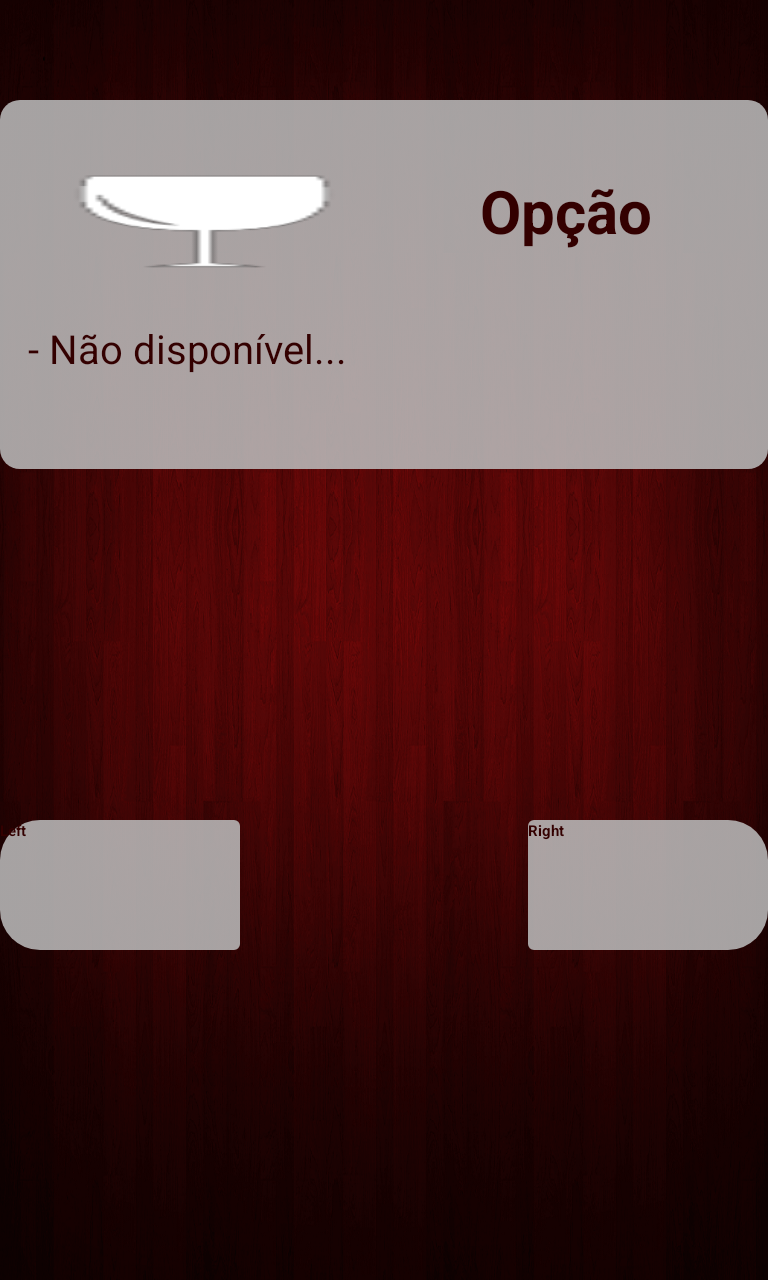
Repository: LuisFilipeDias/eMenu
Layout: SideMenuTutorial/res/layout/display_fragment.xml
An editor plug-in stored every save of this project. The layout is shown before and after the next save, followed by the edit.
It is drawn on a 768 x 1280 px phone screen (xhdpi) without system bars, with theme Theme.Sherlock; the app's code is not run.

Above is the layout before, as saved 2013-12-23 18:57:17.

### SideMenuTutorial/res/layout/display_fragment.xml
<LinearLayout xmlns:android="http://schemas.android.com/apk/res/android"
    xmlns:tools="http://schemas.android.com/tools"
    android:id="@+id/scrollView1"
    android:layout_width="match_parent"
    android:layout_height="match_parent"
	android:layout_marginLeft="15dp"
	android:layout_marginRight="15dp"
    android:orientation="vertical"
    android:background="@drawable/back_a"
    tools:context=".MainActivity" >

	<ScrollView
	    android:layout_width="match_parent"
	    android:layout_height="match_parent" >


    <RelativeLayout
        android:layout_width="match_parent"
        android:layout_height="match_parent">

	    <ScrollView
            android:id="@+id/display_scroll"
	        android:layout_width="match_parent"
	        android:layout_height="380dp" >

            <RelativeLayout
                android:id="@+id/display_ll_1"
                android:layout_width="match_parent"
                android:layout_height="wrap_content"
                android:layout_marginBottom="100dp"
                android:layout_marginTop="50dp"
                android:background="@drawable/center_clicked"
                android:orientation="vertical" >

                <TextView
                    android:id="@+id/bogus_ttl"
                    android:layout_width="202dp"
                    android:layout_height="wrap_content"
                    android:layout_marginBottom="20dp"
                    android:layout_marginTop="35dp"
                    android:layout_alignParentLeft="true"
                    android:gravity="center_horizontal|center_vertical"
                    android:background="@drawable/drink"
                    android:textAppearance="?android:attr/textAppearanceLarge"
                    android:textColor="@color/brown"
                    android:textSize="30sp"
                    android:textStyle="bold" />

                <TextView
                    android:id="@+id/bogus_ttl"
                    android:layout_width="202dp"
                    android:layout_height="wrap_content"
                    android:layout_marginBottom="20dp"
                    android:layout_marginTop="35dp"
                    android:layout_alignParentRight="true"
                    android:gravity="center_horizontal|center_vertical"
                    android:text="@string/bogus_ttl"
                    android:textAppearance="?android:attr/textAppearanceLarge"
                    android:textColor="@color/brown"
                    android:textSize="30sp"
                    android:textStyle="bold" />

                <RelativeLayout
                    android:id="@+id/disp_rel2"
                    android:layout_width="match_parent"
                    android:layout_height="wrap_content"
                    android:layout_marginTop="15dp"
                    android:orientation="vertical"
                    android:layout_below="@+id/bogus_ttl" >

                    <TextView
                        android:id="@+id/bogus_txt"
                        android:layout_width="wrap_content"
                        android:layout_height="wrap_content"
                        android:layout_alignParentLeft="true"
                        android:layout_alignParentTop="true"
                        android:layout_marginLeft="14dp"
                        android:maxWidth="230dp"
                        android:text="@string/bogus_txt"
                        android:textAppearance="?android:attr/textAppearanceLarge"
                        android:textColor="@color/brown"
                        android:textSize="20sp" />

                    <TextView
                        android:id="@+id/bogus_price"
                        android:layout_width="wrap_content"
                        android:layout_height="wrap_content"
                        android:layout_alignParentRight="true"
                        android:layout_alignParentTop="true"
                        android:layout_marginRight="14dp"
                        android:gravity="center_horizontal"
                        android:text="@string/bogus_price"
                        android:textAppearance="?android:attr/textAppearanceLarge"
                        android:textColor="@color/brown"
                        android:textSize="20sp"
                        android:textStyle="bold" />
                </RelativeLayout>
            </RelativeLayout>
    	</ScrollView>

	        <RelativeLayout
	            android:layout_marginTop="30dp"
	            android:layout_width="match_parent"
	            android:layout_height="match_parent"
	            android:layout_alignParentBottom="true"
	            android:layout_below="@+id/display_scroll" >

	            <Button
	                android:id="@+id/right_button"
	                android:text="@string/right_btn_txt"
                    android:textColor="@color/brown"
	                android:textStyle="bold"
	                android:layout_width="120dp"
	                android:layout_height="65dp"
	                android:background="@drawable/right_tri_clicked"
	                android:orientation="vertical"
	                android:layout_alignParentRight="true"
	                android:onClick="rightClicked" >
	            </Button>

	            <Button
	                android:id="@+id/left_button"
	                android:text="@string/left_btn_txt"
                    android:textColor="@color/brown"
	                android:textStyle="bold"
	                android:layout_width="120dp"
	                android:layout_height="65dp"
	                android:background="@drawable/left_tri_clicked"
	                android:orientation="vertical"
	                android:layout_alignParentLeft="true"
	                android:onClick="leftClicked" >
	            </Button>
        	</RelativeLayout>
    </RelativeLayout>
    </ScrollView>

</LinearLayout>

### SideMenuTutorial/res/drawable/center_clicked.xml
<?xml version="1.0" encoding="utf-8"?>
<selector xmlns:android="http://schemas.android.com/apk/res/android">
<!-- Button Focused-->
    <item   android:state_focused="true"
            android:state_pressed="false"
            android:drawable="@drawable/center_bg"
            />
<!-- Button Focused Pressed-->
    <item   android:state_focused="true"
            android:state_pressed="true"
            android:drawable="@drawable/center_bg"
            />
<!-- Button Pressed-->
    <item   android:state_focused="false"
            android:state_pressed="true"
            android:drawable="@drawable/center_bg"
            />
<!-- Button Default Image-->
    <item   android:drawable="@drawable/center_hover"/>

</selector>

### SideMenuTutorial/res/values/colors.xml
<?xml version="1.0" encoding="utf-8"?>
<resources>
        <color name="background_color">#888888</color>
        <color name="text_color">#00FFFF</color>
        <color name="random_color">#0000FF</color>
        <color name="light_grey">#EBEBEB</color>
        <color name="medium_grey">#A0A0A0</color>
        <color name="dark_grey">#646464</color>
        <color name="light_red">#FFE2E2</color>
        <color name="medium_red">#FFB4B4</color>
        <color name="light_blue">#E2E2FF</color>
        <color name="medium_blue">#B4B4FF</color>
        <color name="dark_blue">#0000FF</color>
        <color name="light_green">#E2FFE2</color>
        <color name="medium_green">#B4FFB4</color>
        <color name="emenu_color">#9F9F9F</color>
        <color name="light_orange">#FFC983</color>
        <color name="medium_orange">#FFB778</color>
        <color name="light_yellow">#FFFFBF</color>
        <color name="medium_yellow">#FFFFA3</color>
        <color name="white">#FFFFFF</color>
        <color name="top_blue">#3399CC</color>
        <color name="brown">#330000</color>
</resources>

### SideMenuTutorial/res/values/strings.xml
<?xml version="1.0" encoding="utf-8"?>
<resources>


    <string name="drawer_close">drawer_close</string>
    <string name="drawer_open">drawer_open</string>
    <string name="title_activity_fetch_database">title_activity_fetch_database</string>
    <string name="title_activity_main">Escolher Restaurante</string>
    <string name="title_activity_display">Escolher Opção</string>
    <string name="title_activity_menu">Restaurantes</string>
    <string name="title_display_activity">Escolher</string>
    <string name="action_settings">action_settings</string>
    <string name="Fragment1">Fragment1</string>
    <string name="Fragment2">Fragment2</string>
    <string name="Fragment3">Fragment3</string>
    <string name="hello_world">Hello</string>
    <string name="Fragment1">Fragment1</string>
    <string name="menu_settings">Definições</string>

    <string name="menu_txt">Menus</string>
    <string name="entry_txt">Entradas</string>
    <string name="meat_txt">Pratos de Carne</string>
    <string name="fish_txt">Pratos de peixe</string>
    <string name="others_txt">Outros Pratos</string>
    <string name="deserts_txt">Sobremesas</string>
    <string name="drinks_txt">Bebidas</string>

    <string name="app_name">eMenu</string>
    <string name="carte_ttl">Ementas</string>
    <string name="info_ttl">Informações</string>

    <string name="resumee_ttl">Resumo:</string>
    <string name="resumee_txt">.    Não definido    </string>
    <string name="website_ttl">Website:</string>
    <string name="website_txt">.    Não definido    </string>
    <string name="location_ttl">Localização:</string>
    <string name="location_txt">.    Não definido    </string>
    <string name="contacts_ttl">Contactos:</string>
    <string name="phone_txt">- Telefones -</string>
    <string name="email_txt">- Emails -</string>

    <string name="bogus_ttl">Opção</string>
    <string name="bogus_txt"> - Não disponível...\n\n</string>
    <string name="bogus_price"> </string>

    <string name="left_btn_txt">Left</string>
    <string name="right_btn_txt">Right</string>
</resources>

### SideMenuTutorial/res/drawable/right_tri_clicked.xml
<?xml version="1.0" encoding="utf-8"?>
<selector xmlns:android="http://schemas.android.com/apk/res/android">
<!-- Button Focused-->
    <item   android:state_focused="true"
            android:state_pressed="false"
            android:drawable="@drawable/right_tri_bg"
            />
<!-- Button Focused Pressed-->
    <item   android:state_focused="true"
            android:state_pressed="true"
            android:drawable="@drawable/right_tri_bg"
            />
<!-- Button Pressed-->
    <item   android:state_focused="false"
            android:state_pressed="true"
            android:drawable="@drawable/right_tri_bg"
            />
<!-- Button Default Image-->
    <item   android:drawable="@drawable/right_tri_hover"/>

</selector>

### SideMenuTutorial/res/drawable/left_tri_clicked.xml
<?xml version="1.0" encoding="utf-8"?>
<selector xmlns:android="http://schemas.android.com/apk/res/android">
<!-- Button Focused-->
    <item   android:state_focused="true"
            android:state_pressed="false"
            android:drawable="@drawable/left_tri_bg"
            />
<!-- Button Focused Pressed-->
    <item   android:state_focused="true"
            android:state_pressed="true"
            android:drawable="@drawable/left_tri_bg"
            />
<!-- Button Pressed-->
    <item   android:state_focused="false"
            android:state_pressed="true"
            android:drawable="@drawable/left_tri_bg"
            />
<!-- Button Default Image-->
    <item   android:drawable="@drawable/left_tri_hover"/>

</selector>

### SideMenuTutorial/res/drawable/left_tri_bg.xml
<?xml version="1.0" encoding="UTF-8"?>
<shape xmlns:android="http://schemas.android.com/apk/res/android">
<!--this is to give gradient effect -->
<gradient   android:angle="270"
            android:startColor="#FFFFFFFF"
            android:endColor="#FFFFFFFF"
            />
<!-- this is make corners of button rounded -->
<corners    android:topLeftRadius="20dip"
               android:bottomRightRadius="3dip"
               android:topRightRadius="3dip"
               android:bottomLeftRadius="20dip"/>

</shape>

### SideMenuTutorial/res/drawable/left_tri_hover.xml
<?xml version="1.0" encoding="UTF-8"?>
<shape xmlns:android="http://schemas.android.com/apk/res/android">
<!--this is to give gradient effect -->
<gradient   android:angle="270"
               android:startColor="#DDBBBBBB"
               android:endColor="#DDBBBBBB"
               />
<!-- this is make corners of button rounded -->
<corners    android:topLeftRadius="20dip"
               android:bottomRightRadius="3dip"
               android:topRightRadius="3dip"
               android:bottomLeftRadius="20dip"/>

</shape>

### SideMenuTutorial/res/drawable/right_tri_bg.xml
<?xml version="1.0" encoding="UTF-8"?>
<shape xmlns:android="http://schemas.android.com/apk/res/android">
<!--this is to give gradient effect -->
<gradient   android:angle="270"
            android:startColor="#FFFFFFFF"
            android:endColor="#FFFFFFFF"
            />
<!-- this is make corners of button rounded -->
<corners    android:topLeftRadius="3dip"
               android:bottomRightRadius="20dip"
               android:topRightRadius="20dip"
               android:bottomLeftRadius="3dip"/>

</shape>

### SideMenuTutorial/res/drawable/right_tri_hover.xml
<?xml version="1.0" encoding="UTF-8"?>
<shape xmlns:android="http://schemas.android.com/apk/res/android">
<!--this is to give gradient effect -->
<gradient   android:angle="270"
               android:startColor="#DDBBBBBB"
               android:endColor="#DDBBBBBB"
               />
<!-- this is make corners of button rounded -->
<corners    android:topLeftRadius="3dip"
               android:bottomRightRadius="20dip"
               android:topRightRadius="20dip"
               android:bottomLeftRadius="3dip"/>

</shape>

### SideMenuTutorial/res/drawable/center_bg.xml
<?xml version="1.0" encoding="UTF-8"?>
<shape xmlns:android="http://schemas.android.com/apk/res/android">
<!--this is to give gradient effect -->
<gradient   android:angle="270"
            android:startColor="#FFFFFFFF"
            android:endColor="#FFFFFFFF"
            />
<!-- this is make corners of button rounded -->
<corners    android:topLeftRadius="10dip"
               android:bottomRightRadius="10dip"
               android:topRightRadius="10dip"
               android:bottomLeftRadius="10dip"/>

</shape>

### SideMenuTutorial/res/drawable/center_hover.xml
<?xml version="1.0" encoding="UTF-8"?>
<shape xmlns:android="http://schemas.android.com/apk/res/android">
<!--this is to give gradient effect -->
<gradient   android:angle="270"
               android:startColor="#DDBBBBBB"
               android:endColor="#DDBBBBBB"
               />
<!-- this is make corners of button rounded -->
<corners    android:topLeftRadius="10dip"
               android:bottomRightRadius="10dip"
               android:topRightRadius="10dip"
               android:bottomLeftRadius="10dip"/>

</shape>

After the next save:
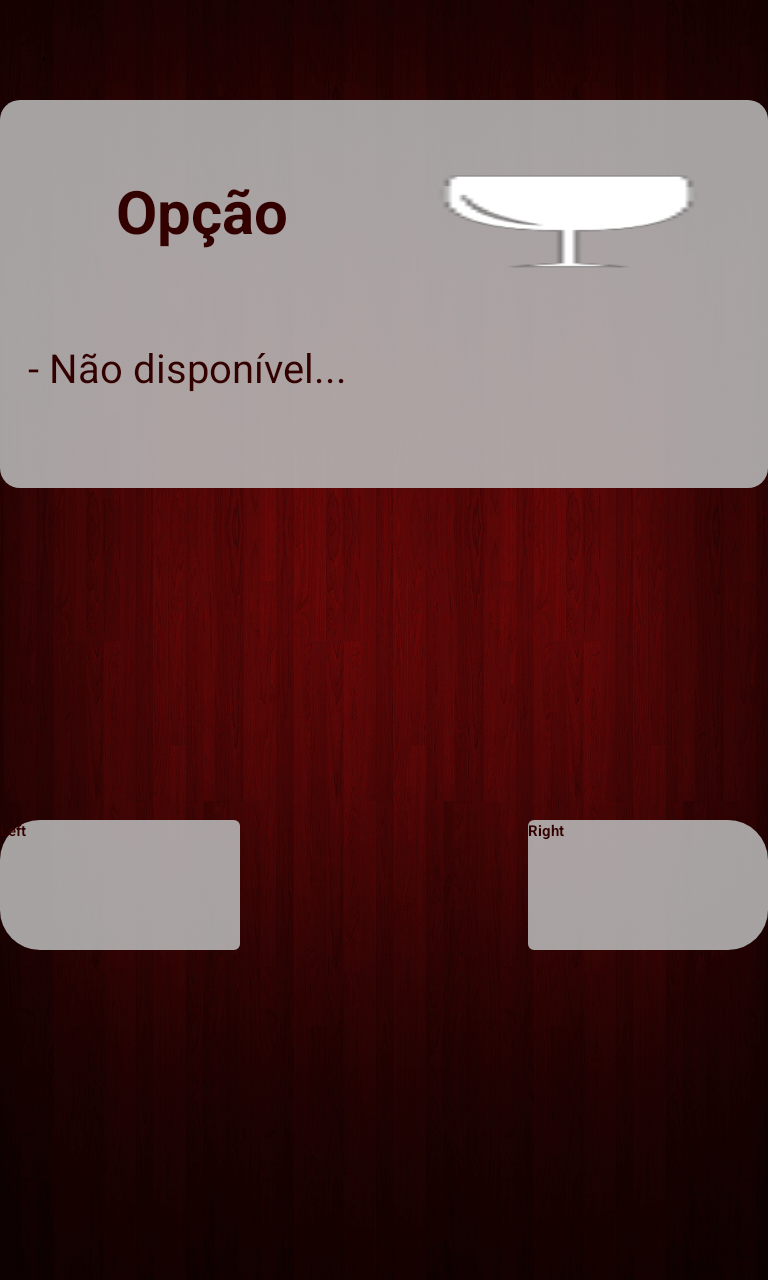
Saved 3 min 32 s later.
--- a/SideMenuTutorial/res/layout/display_fragment.xml
+++ b/SideMenuTutorial/res/layout/display_fragment.xml
@@ -40,7 +40,7 @@
                     android:layout_marginTop="35dp"
                     android:layout_alignParentLeft="true"
                     android:gravity="center_horizontal|center_vertical"
-                    android:background="@drawable/drink"
+                    android:text="@string/bogus_ttl"
                     android:textAppearance="?android:attr/textAppearanceLarge"
                     android:textColor="@color/brown"
                     android:textSize="30sp"
@@ -54,7 +54,7 @@
                     android:layout_marginTop="35dp"
                     android:layout_alignParentRight="true"
                     android:gravity="center_horizontal|center_vertical"
-                    android:text="@string/bogus_ttl"
+                    android:background="@drawable/drink"
                     android:textAppearance="?android:attr/textAppearanceLarge"
                     android:textColor="@color/brown"
                     android:textSize="30sp"
